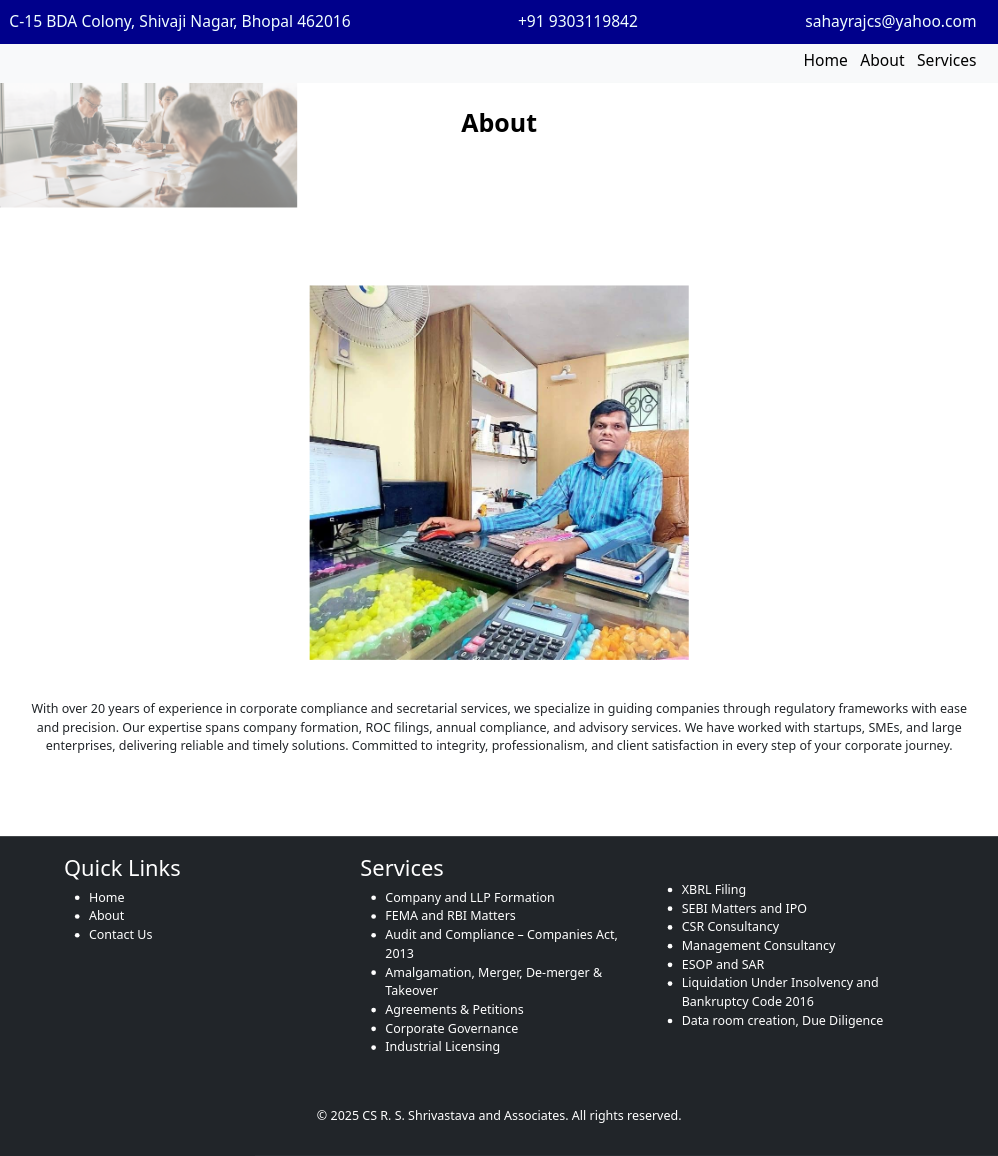
Repository: aayushiss/CS-RSS
Page: about.html
These files come from the project's save history. The page is drawn as it stood at one moment and after the next save; the edit follows.
The browser window is 1280 px wide. The pictures show the whole page, at 78% of full size.

Above is the page before, as saved 2025-05-16 20:58:55.

### about.html
<!DOCTYPE html>
<html lang="en">

<head>
    <meta charset="UTF-8">
    <meta name="viewport" content="width=device-width, initial-scale=1.0">
    <title>R. S. Shrivastava</title>
    <link href="https://cdn.jsdelivr.net/npm/bootstrap@5.3.3/dist/css/bootstrap.min.css" rel="stylesheet"
        integrity="sha384-QWTKZyjpPEjISv5WaRU9OFeRpok6YctnYmDr5pNlyT2bRjXh0JMhjY6hW+ALEwIH" crossorigin="anonymous">
    <link rel="stylesheet" type="text/css" href="style.css">
</head>

<body>
    <nav class="navbar fixed-top custom-navbar">
        <div class="container-fluid d-flex justify-content-between">
            <a class="navbar-brand"
                href="https://www.google.com/maps/place/R+S+SHRIVASTAVA+%26+ASSOCIATES/@23.2288499,77.4244091,17z/data=!3m1!4b1!4m6!3m5!1s0x397c425fada83073:0xcb1e8ba90a487f4e!8m2!3d23.228845!4d77.426984!16s%2Fg%2F1td0r8v9?entry=ttu&g_ep=EgoyMDI1MDUxMi4wIKXMDSoASAFQAw%3D%3D"
                target="_blank">C-15 BDA Colony, Shivaji Nagar, Bhopal 462016</a>
            <a class="navbar-brand" href="" tel:+919303119842"">+91 9303119842</a>
            <a class="navbar-brand" href="mailto:sahayrajcs@yahoo.com">sahayrajcs@yahoo.com</a>
        </div>
    </nav>
    <div class="navbar-space"></div>

    <nav class="navbar sticky-top second-navbar bg-light">
        <div class="container-fluid d-flex justify-content-end">
            <a class="navbar-brand" href="index.html">Home</a>
            <a class="navbar-brand" href="about.html">About</a>
            <a class="navbar-brand" href="services.html">Services</a>
        </div>
    </nav>

    <div class="position-relative" style="margin-bottom: 60px;" id="contact-section">
        <img src="images/haveAQuery.jpg" class="img-fluid" alt="..."
            style="opacity: .5; height: 10rem; width: fit-content;">
        <h2 class="position-absolute start-50 translate-middle-x text-black fw-bold" style="top: 20%;">
            About
        </h2>
    </div>
    <div class="col" style="padding: 40px;">
        <div class="text-center">
            <img src="images/AboutImage.jpeg" class="img-fluid" style="height: 30rem;">
            <p style="margin-top: 50px;">With over 20 years of experience in corporate compliance and secretarial
                services, we specialize in guiding companies through regulatory frameworks with ease and precision.
                Our expertise spans company formation, ROC filings, annual compliance, and advisory services.
                We have worked with startups, SMEs, and large enterprises, delivering reliable and timely solutions.
                Committed to integrity, professionalism, and client satisfaction in every step of your corporate
                journey.</p>
        </div>
    </div>

    <footer class="bg-dark text-white py-4 mt-5">
        <div class="container">
            <div class="row">
                <div class="col">
                    <h3>Quick Links</h3>
                    <ul class="footer-links">
                        <li><a href="index.html">Home</a></li>
                        <li><a href="about.html">About</a></li>
                        <li><a href="#contact-section">Contact Us</a></li>
                    </ul>
                </div>
                <div class="col">
                    <h3>Services</h3>
                    <ul class="footer-links">
                        <li><a href="index.html">Company and LLP Formation</a></li>
                        <li><a href="about.html">FEMA and RBI Matters</a></li>
                        <li><a href="#contact-section">Audit and Compliance – Companies Act, 2013</a></li>
                        <li><a href="hncjsd">Amalgamation, Merger, De-merger & Takeover</a></li>
                        <li><a href="hncjsd">Agreements & Petitions</a></li>
                        <li><a href="hncjsd">Corporate Governance</a></li>
                        <li><a href="hncjsd">Industrial Licensing</a></li>
                    </ul>
                </div>
                <div class="col" style="margin-top: 2rem;">
                    <ul class="footer-links">
                        <li><a href="hncjsd">XBRL Filing</a></li>
                        <li><a href="hncjsd">SEBI Matters and IPO</a></li>
                        <li><a href="hncjsd">CSR Consultancy</a></li>
                        <li><a href="hncjsd">Management Consultancy</a></li>
                        <li><a href="hncjsd">ESOP and SAR</a></li>
                        <li><a href="hncjsd">Liquidation Under
                                Insolvency and Bankruptcy Code 2016</a></li>
                        <li><a href="hncjsd">Data room creation, Due Diligence</a></li>
                    </ul>
                </div>
            </div>

        </div>
        <p class="text-center mt-5">&copy; 2025 CS R. S. Shrivastava and Associates. All rights reserved.</p>
    </footer>
</body>

</html>

### style.css
.custom-navbar {
    background-color: darkblue;
}

.custom-navbar .navbar-brand {
    color: azure;
}

.navbar-space {
    margin-top: 50px;
}

.second-navbar .navbar-brand {
    color: black;
}

.custom-card {
    height: 25vh;
}

.custom-card .card-img {
    height: 100%;
    object-fit: cover;
}

.container-fluid .card {
    padding: 10px;
}

.container-fluid .card-title {
    font-family: 'Times New Roman', Times, serif;
    font-weight: bold;
    font-size: xx-large;
}

.container-fluid .col-md-8 .card-title {
    font-family: 'Times New Roman', Times, serif;
    font-size: large;
}

.footer-links ul {
    list-style: none;
    text-decoration: none;
}

.footer-links a {
    color: white;
    text-decoration: none;
}

After the next save:
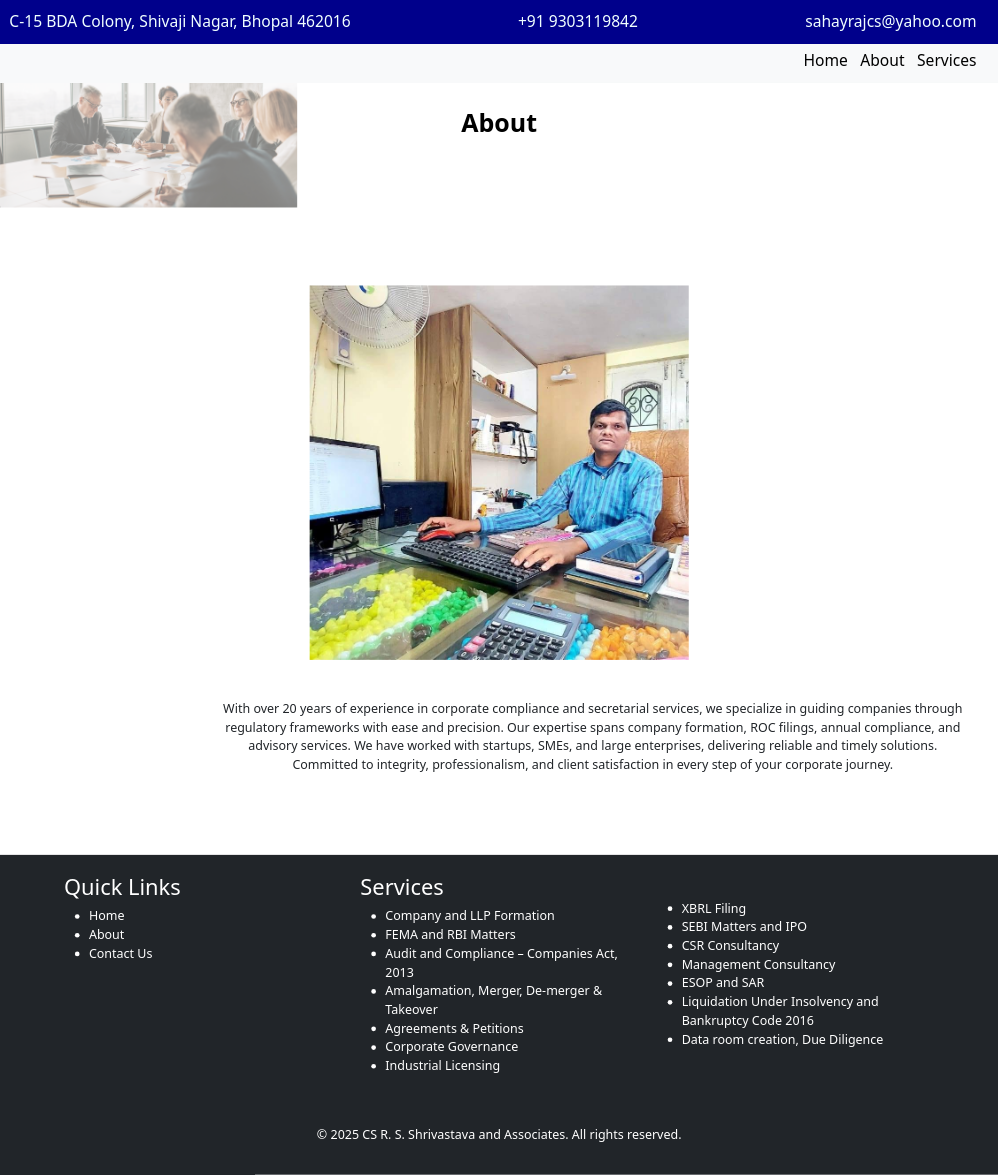
Saved 38 s later.
--- a/about.html
+++ b/about.html
@@ -40,7 +40,7 @@
     <div class="col" style="padding: 40px;">
         <div class="text-center">
             <img src="images/AboutImage.jpeg" class="img-fluid" style="height: 30rem;">
-            <p style="margin-top: 50px;">With over 20 years of experience in corporate compliance and secretarial
+            <p style="margin-top: 50px; margin-left: 15rem;">With over 20 years of experience in corporate compliance and secretarial
                 services, we specialize in guiding companies through regulatory frameworks with ease and precision.
                 Our expertise spans company formation, ROC filings, annual compliance, and advisory services.
                 We have worked with startups, SMEs, and large enterprises, delivering reliable and timely solutions.
